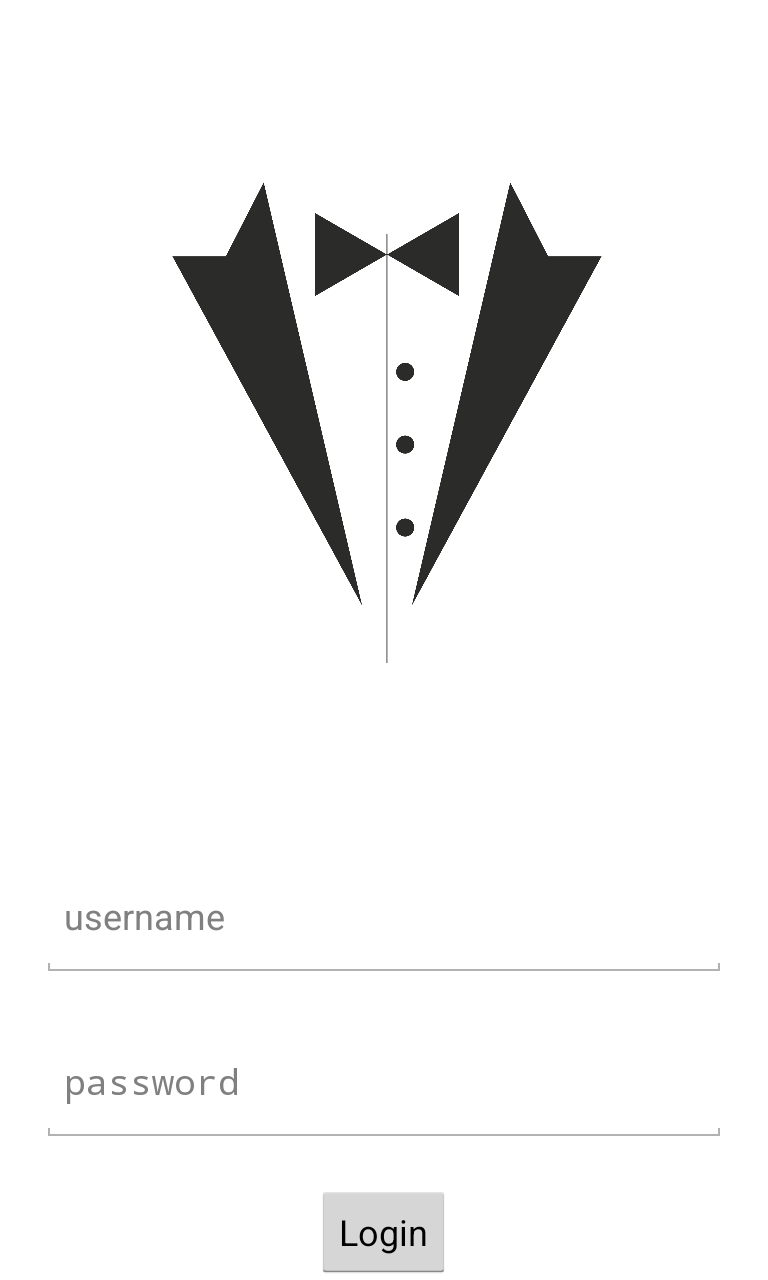
Repository: oszalex/SpryAndroid
Layout: android/Bro/res/layout/activity_main.xml
These files come from the project's save history. The layout is drawn as it stood at one moment and after a run of saves; the edit follows.
It is drawn on a 768 x 1280 px phone screen (xhdpi) without system bars, with theme AppTheme; the app's code is not run.

Above is the layout before, as saved 2014-01-21 16:33:24.

After the next 2 saves:
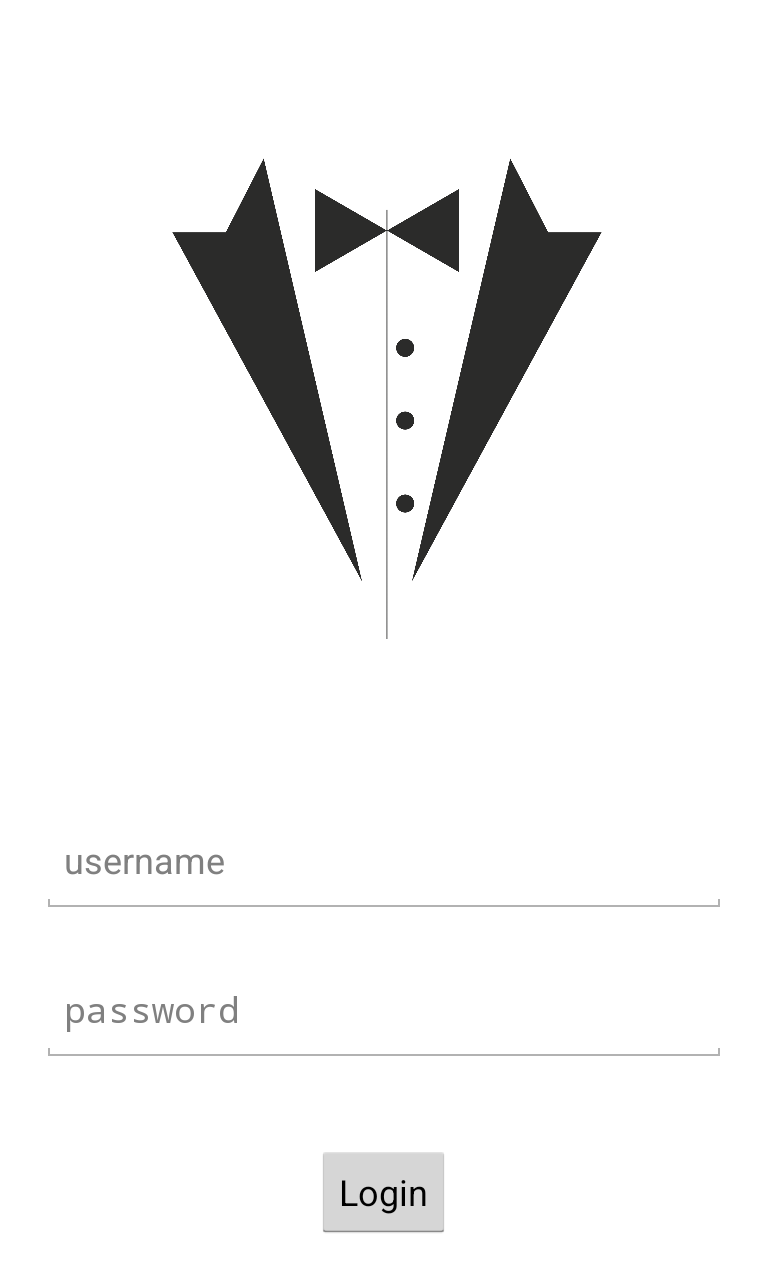
The 2 saves are shown as one change because they came seconds apart.
The last was saved 99 s later.
--- a/android/Bro/res/layout/activity_main.xml
+++ b/android/Bro/res/layout/activity_main.xml
@@ -18,7 +18,7 @@
         android:layout_width="fill_parent"
         android:layout_height="12sp"
         android:layout_gravity="center_horizontal"
-         android:layout_marginLeft="20dp"
+        android:layout_marginLeft="20dp"
         android:layout_marginRight="20dp"
         android:layout_marginTop="20dp"
         android:layout_weight="1"
@@ -40,7 +40,8 @@
         android:layout_width="wrap_content"
         android:layout_height="wrap_content"
         android:layout_gravity="center_horizontal"
-        android:layout_marginTop="20dp"
+        android:layout_marginBottom="20dp"
+        android:layout_marginTop="40dp"
         android:text="@string/button_login" />
 
 </LinearLayout>
